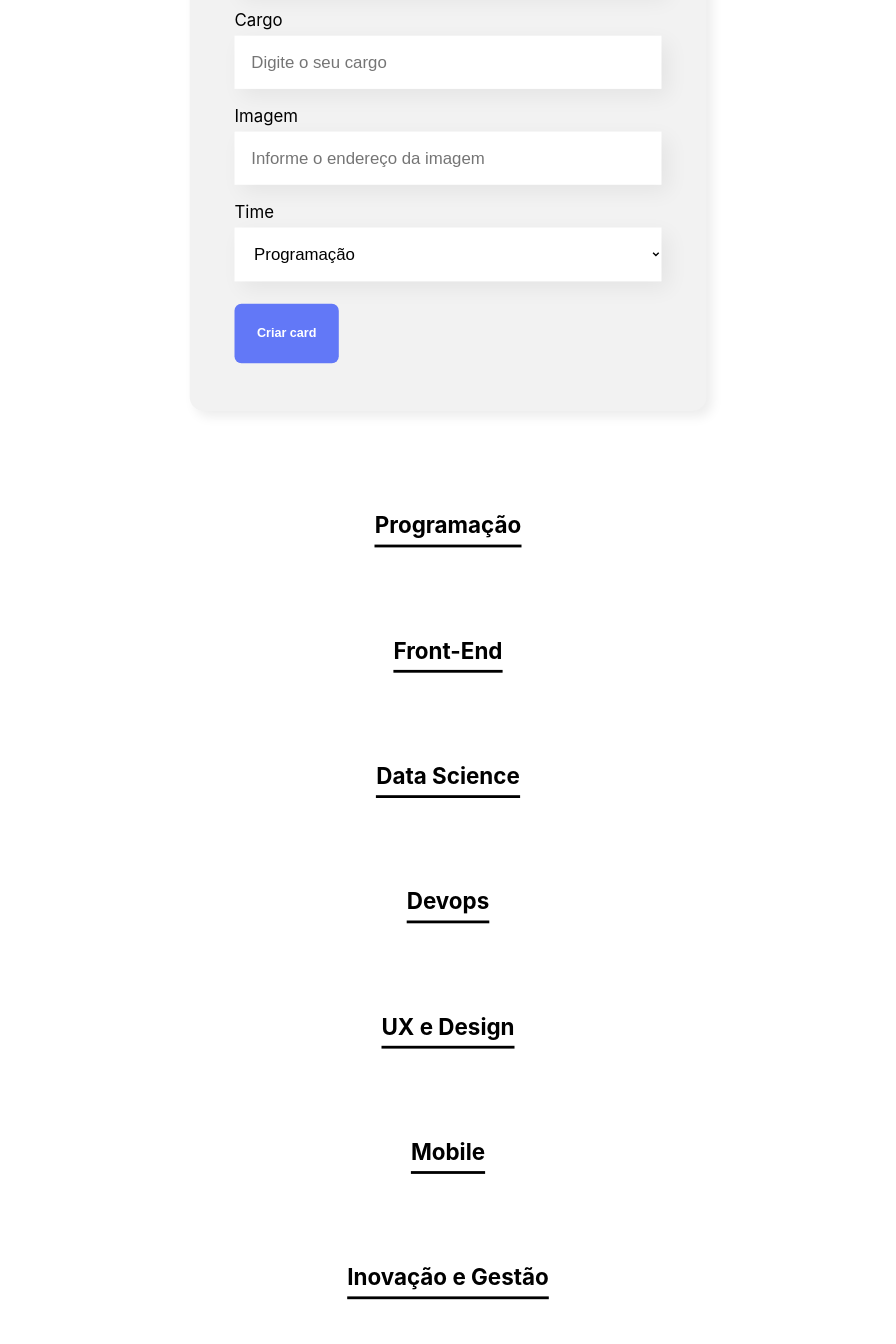
Repository: devMuriloOliveira/organo
Page: /
An editor plug-in stored every save of this project. The page is shown before and after the next save, followed by the edit.
The browser window is 1280 px wide. The pictures show the part of the page from y = 810 to 2730 px (the page is 2730 px tall), at 70% of full size.
The project was rebuilt for these pictures with package versions that can differ from the ones it lists, and the page was loaded fresh each time.

Above is the page before, as saved 2023-01-13 16:00:41.

After the next save:
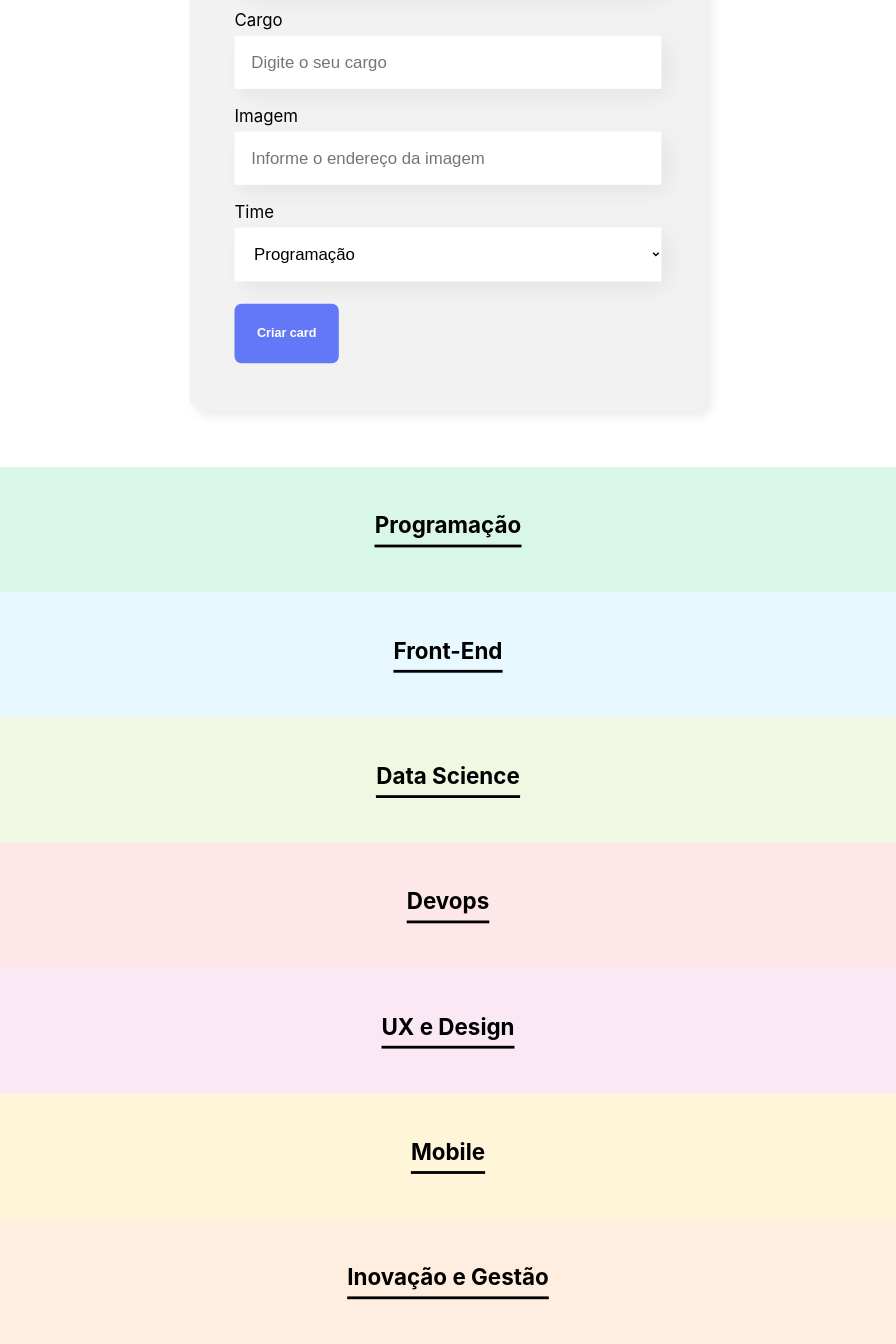
Saved 16 s later.
--- a/src/componentes/Time/index.js
+++ b/src/componentes/Time/index.js
@@ -2,7 +2,7 @@ import './Time.css'
 
 const Time = (props) => {
   return(
-    <section className='time' style={{ backgroudColor: props.corSecundaria}}>
+    <section className='time' style={{ backgroundColor: props.corSecundaria}}>
       <h3>{props.nome}</h3>
     </section>
   )
